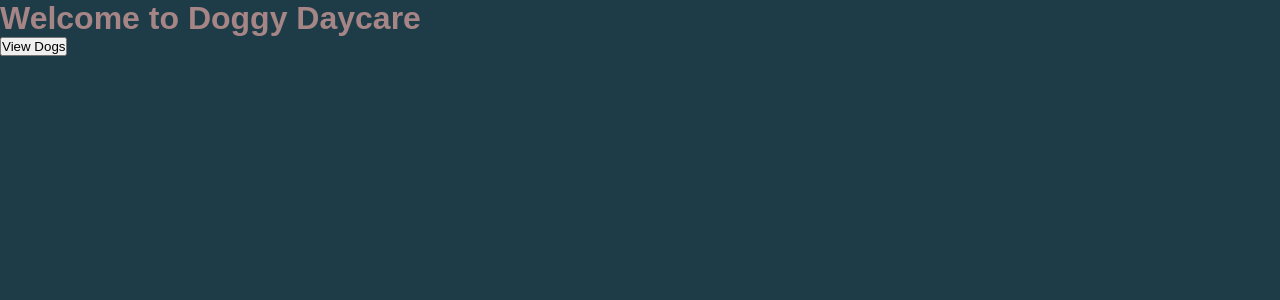
Repository: henrik-malm/doggy-daycare
Page: / (app in 451doggy-daycare/)
An editor plug-in stored every save of this project. The page is shown before and after the next save, followed by the edit.
The browser window is 1280 px wide. The pictures show the whole page.
The project was rebuilt for these pictures with package versions that can differ from the ones it lists, and the page was loaded fresh each time. The framework's server and built-in components were replaced by stand-ins that run in the browser. Also part of the build but not shown: 451doggy-daycare/next.config.mjs.

Above is the page before, as saved 2025-02-28 06:51:37.

After the next save:
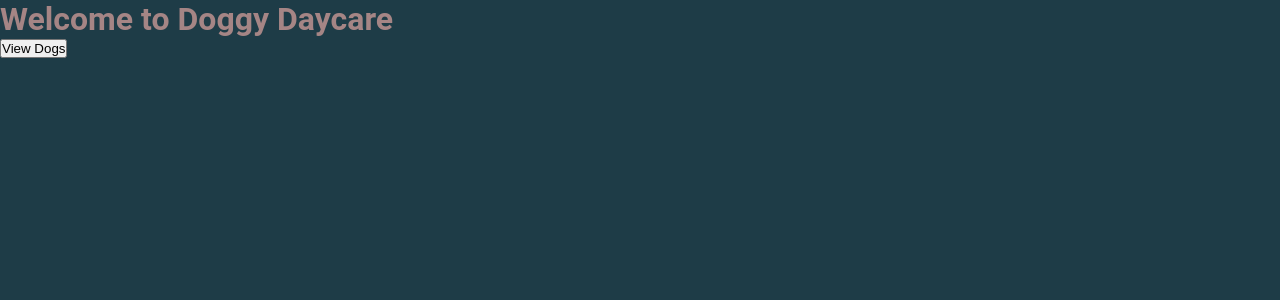
Saved 109 s later.
--- a/451doggy-daycare/app/globals.css
+++ b/451doggy-daycare/app/globals.css
@@ -6,14 +6,14 @@
 
 html,
 body {
-  max-width: 100vw;
-  overflow-x: hidden;
+  max-width: 30rem;
+  max-height: 60rem;
 }
 
 body {
   color: var(--foreground);
   background: var(--background);
-  font-family: Arial, Helvetica, sans-serif;
+  font-family: Roboto, Oxygen, Ubuntu, Cantarell, 'Open Sans', 'Helvetica Neue', sans-serif;
   -webkit-font-smoothing: antialiased;
   -moz-osx-font-smoothing: grayscale;
 }
